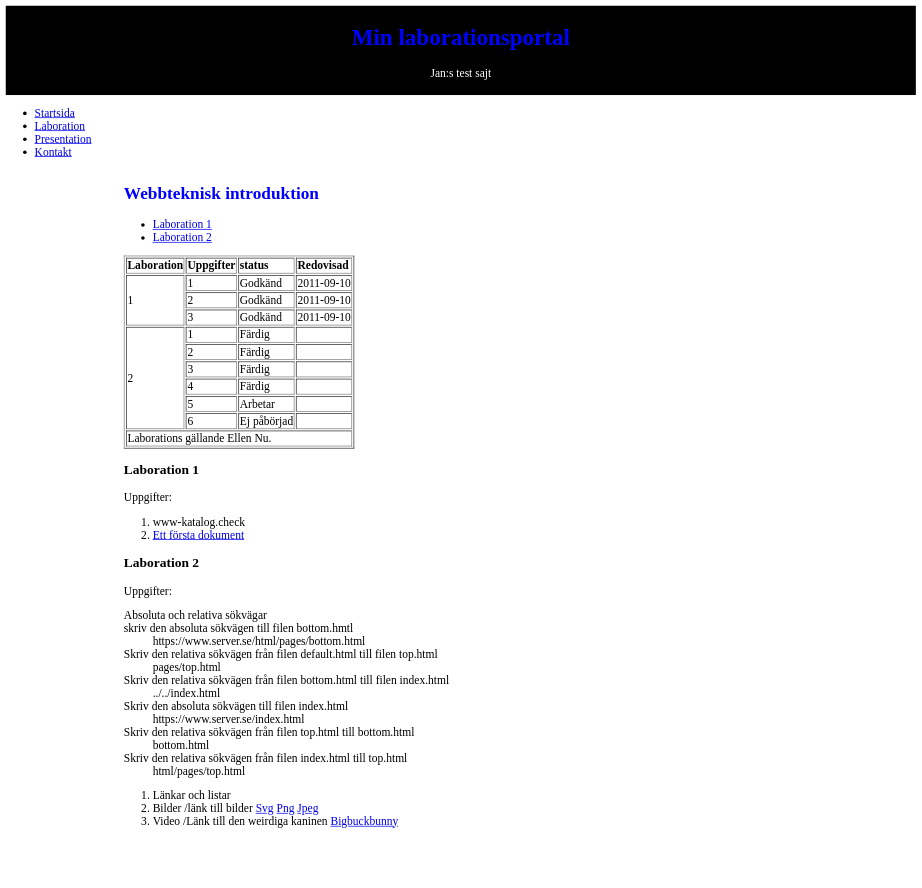
Repository: jt222ic/1ik415-jt222ic-lab-1
Page: pages/laboration.html
The author's editor kept a record of every edit. The page is drawn from the files as they stood at one moment, then again after the next edit.
The browser window is 1280 px wide. The pictures show the whole page, at 72% of full size.

Above is the page before.

After the next edit:
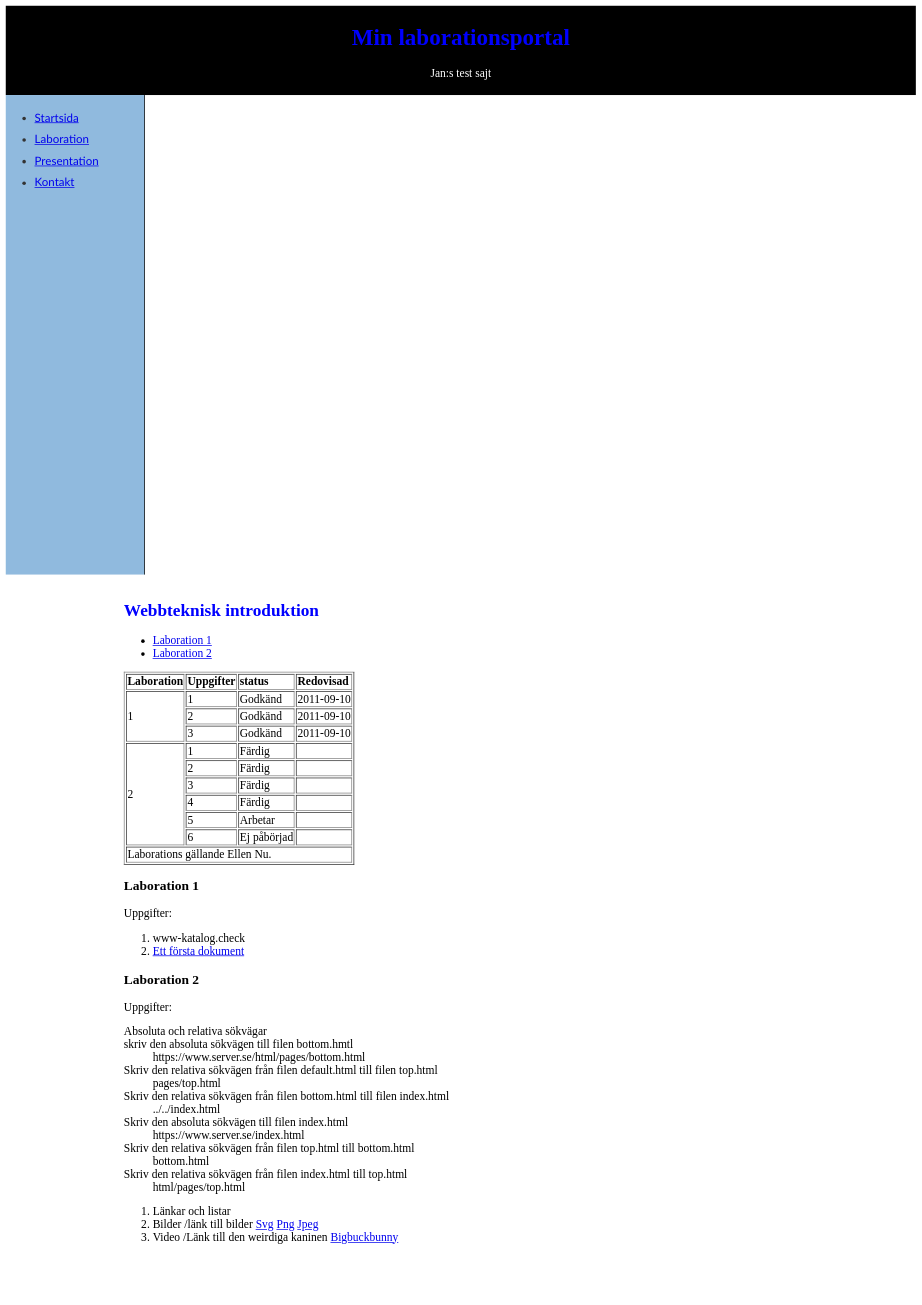
The edit:
--- a/pages/Csss/style.css
+++ b/pages/Csss/style.css
@@ -33,8 +33,16 @@
 
 
 }
+#nav{
+    line-height:30px;
+    background-color:blue;
+    height:650px;
+    width:200px;
+    float:left;
+    padding:5px;
+}
 
-#button {
+#nav {
 	width: 12em;
 	border-right: 1px solid #000;
 	padding: 0 0 1em 0;
